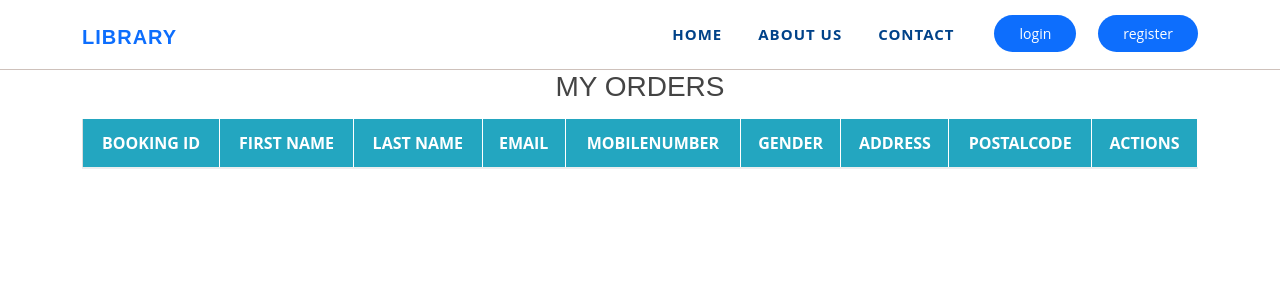
Repository: gousiya669/edubridgeprojects
Page: http://localhost/index
These files come from the project's save history. The page is drawn as it stood at one moment and after the next save; the edit follows.
The browser window is 1280 px wide. The pictures show the whole page.
The page is this project's Thymeleaf template; nobody is signed in. The template is opened directly, without the code that normally fills it, so the values that code supplies are empty.

Above is the page before, as saved 2021-10-05 06:13:38.

After the next save:
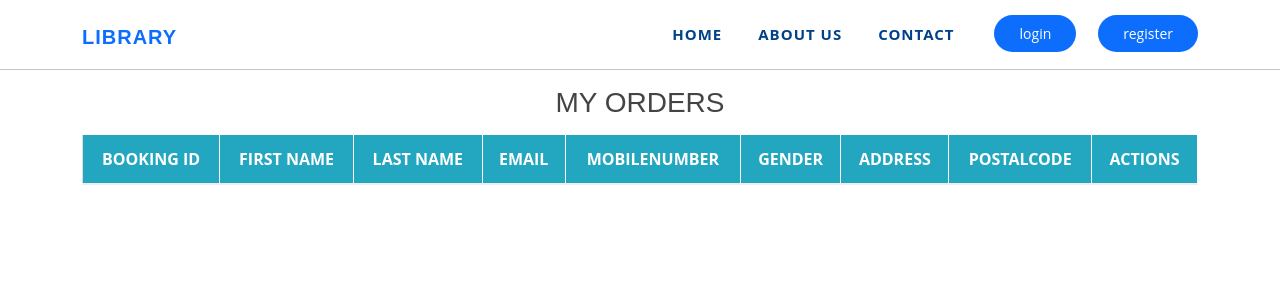
Saved 18 s later.
--- a/java code/eclipse-workspace/shoppingmart/src/main/resources/templates/index.html
+++ b/java code/eclipse-workspace/shoppingmart/src/main/resources/templates/index.html
@@ -232,7 +232,7 @@ a
  <div class="container">
 
 
-<h3 class="text-center mb-3 ">MY ORDERS</h3>
+<h3 class="text-center mb-3 mt-3 ">MY ORDERS</h3>
 
 
 
